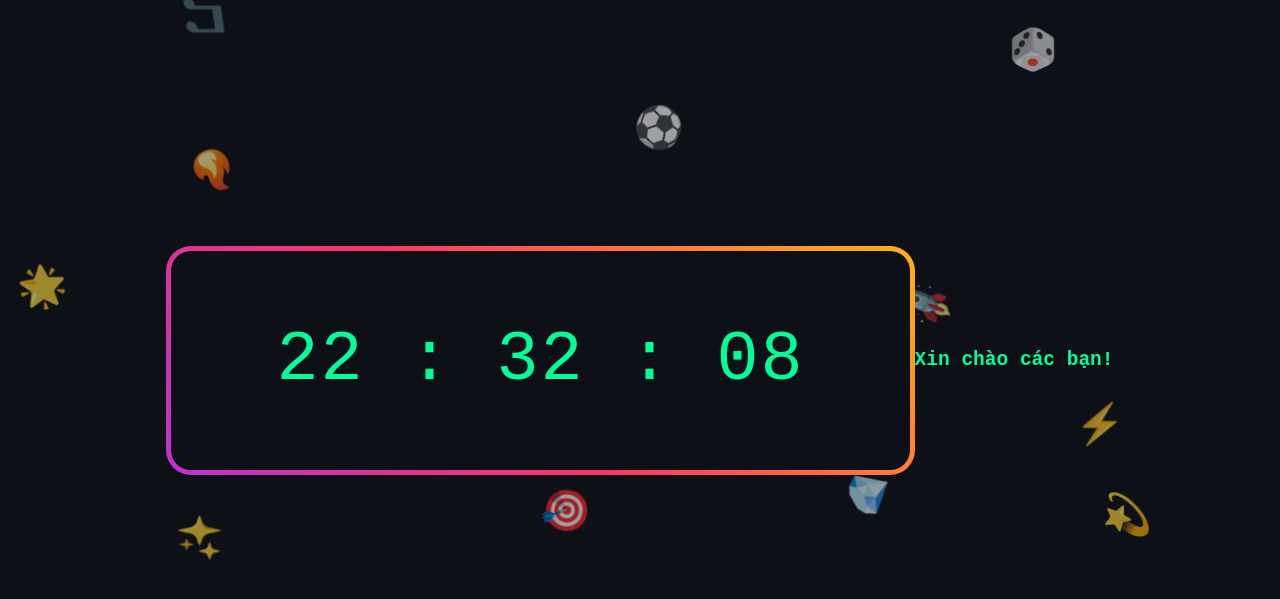
Repository: trunghau06/baiTapJs
Page: index.html
An editor plug-in stored every save of this project. The page is shown before and after the next save, followed by the edit.
The browser window is 1280 px wide. The pictures show the whole page.

Above is the page before, as saved 2025-10-21 18:07:28.

After the next save:
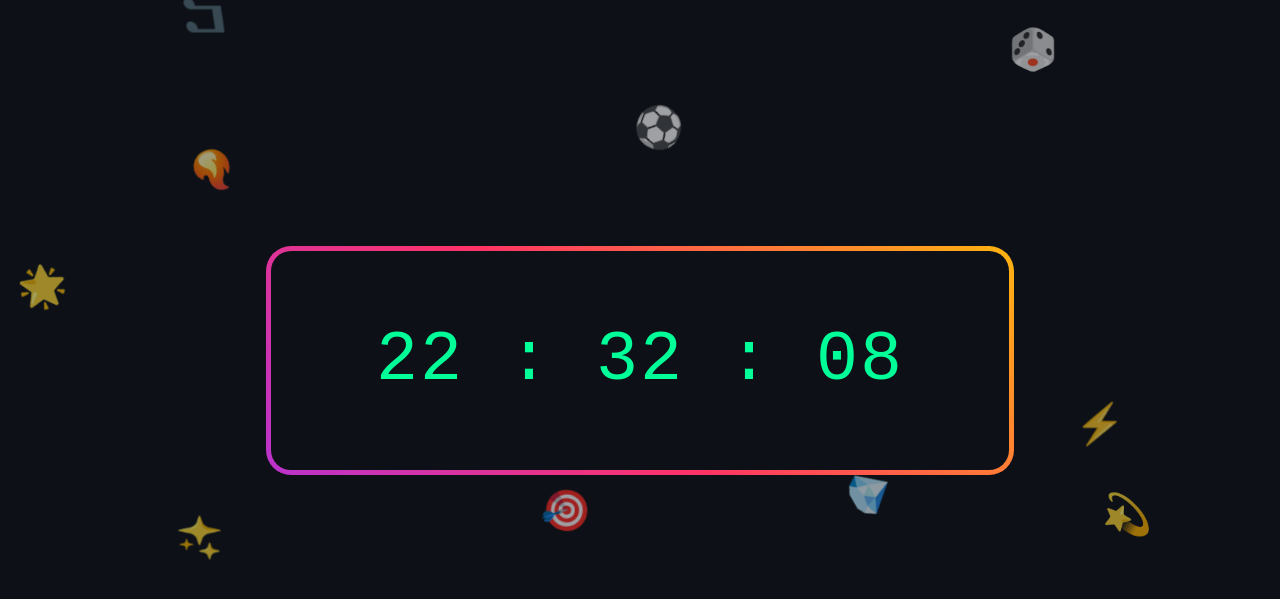
Saved 11 s later.
--- a/index.html
+++ b/index.html
@@ -27,18 +27,3 @@
     <script src="main.js"></script>
 </body>
 </html>
-
-<!DOCTYPE html>
-<html>
-<body>
-  <h2 id="heading">Xin chào các bạn!</h2>
-
-  <script>
-    // Lấy phần tử có id là "heading"
-    let element = document.getElementById("heading");
-
-    // In ra phần tử trong console
-    console.log(element);
-  </script>
-</body>
-</html>
